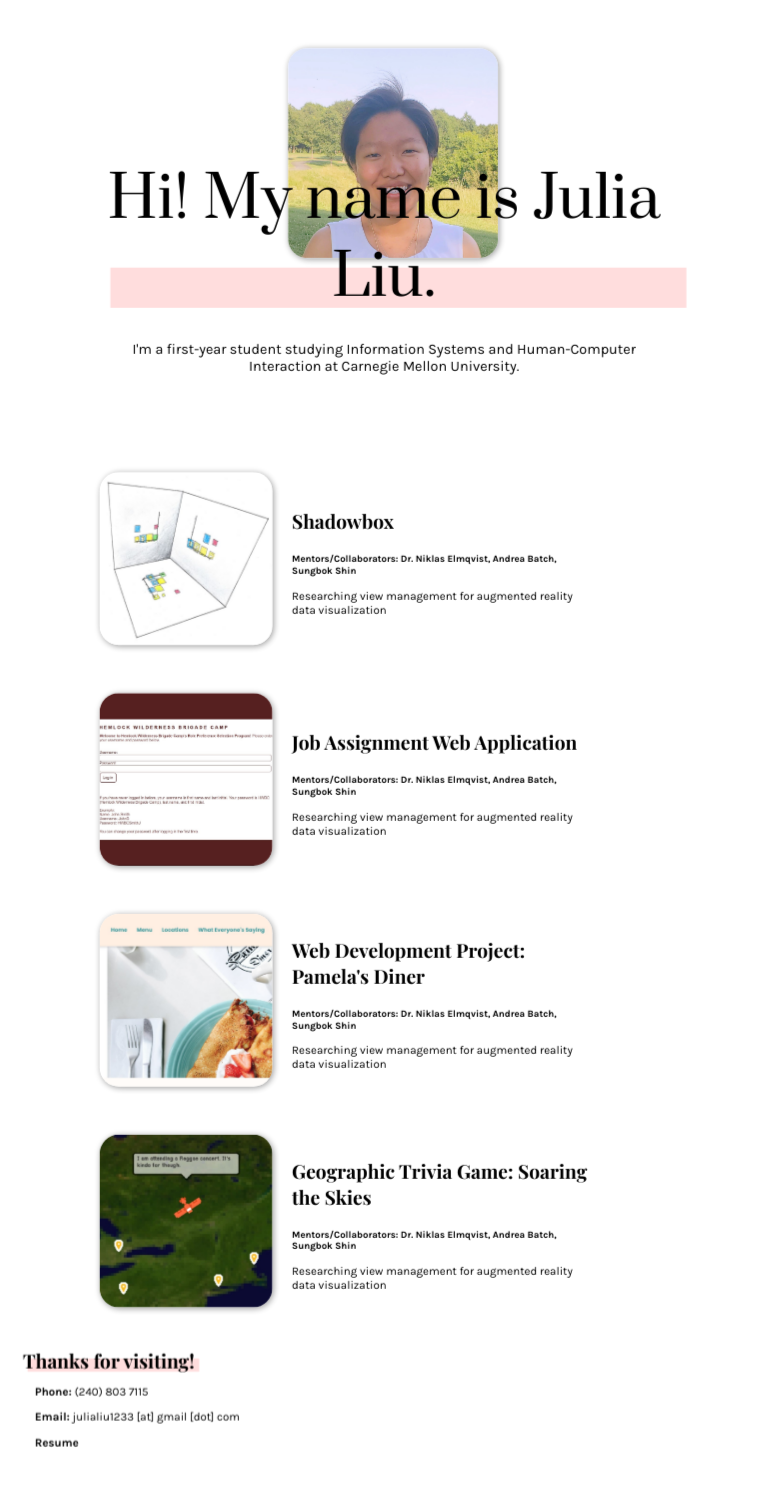
Repository: liu-julia/liu-julia.github.io
Page: index.html
An editor plug-in stored every save of this project. The page is shown before and after the next save, followed by the edit.
The browser window is 1280 px wide. The pictures show the whole page, at 60% of full size.

Above is the page before, as saved 2022-04-28 12:12:26.

After the next save:
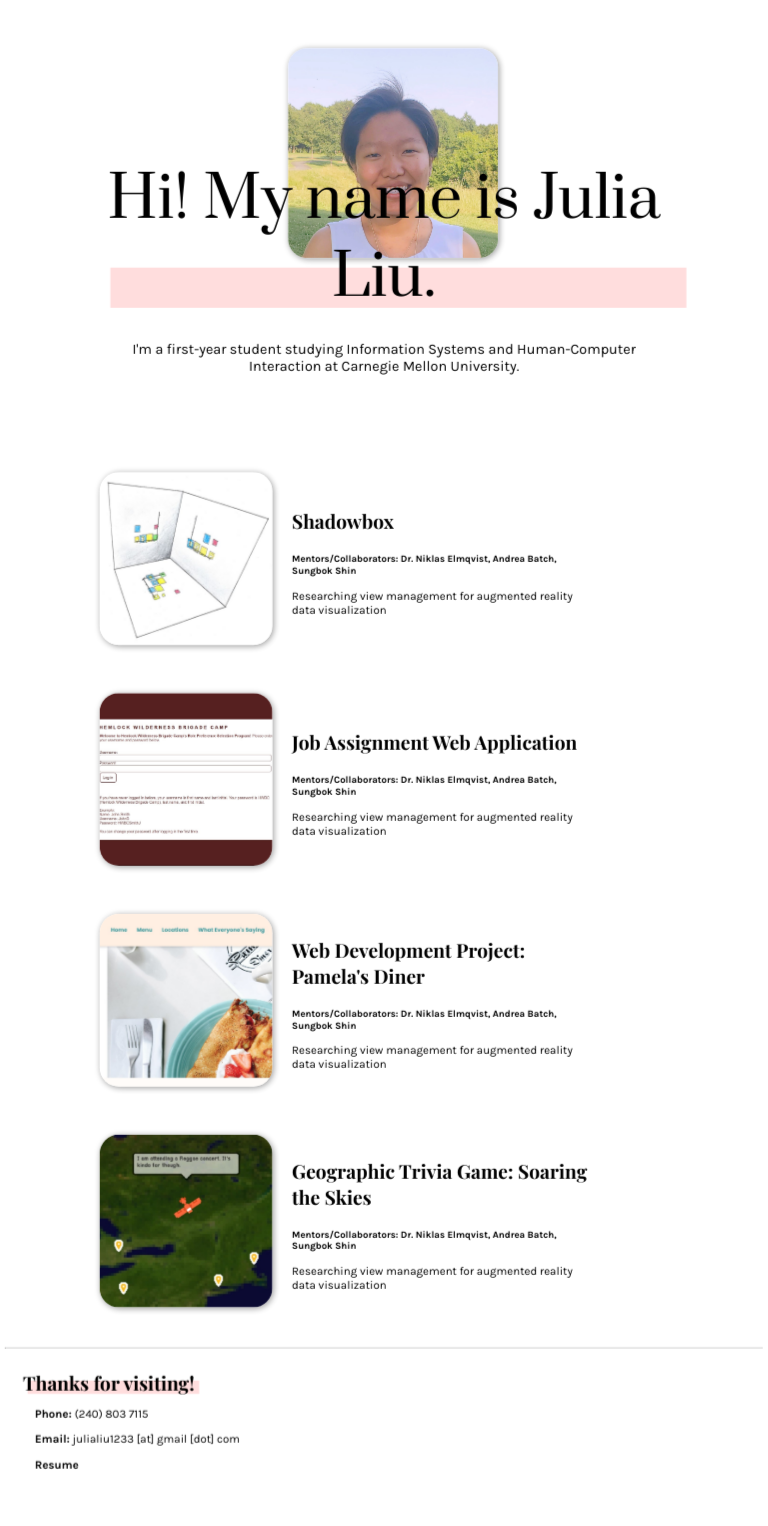
Saved 50 s later.
--- a/index.html
+++ b/index.html
@@ -60,6 +60,8 @@
                 <p>Researching view management for augmented reality data visualization</p>
             </div>
         </div>
+        <br>
+        <hr>
         <!--<h3 id="construction">More coming soon</h3>-->
         <div id="foot">
             <h3 class="highlighted">Thanks for visiting!</h3>
